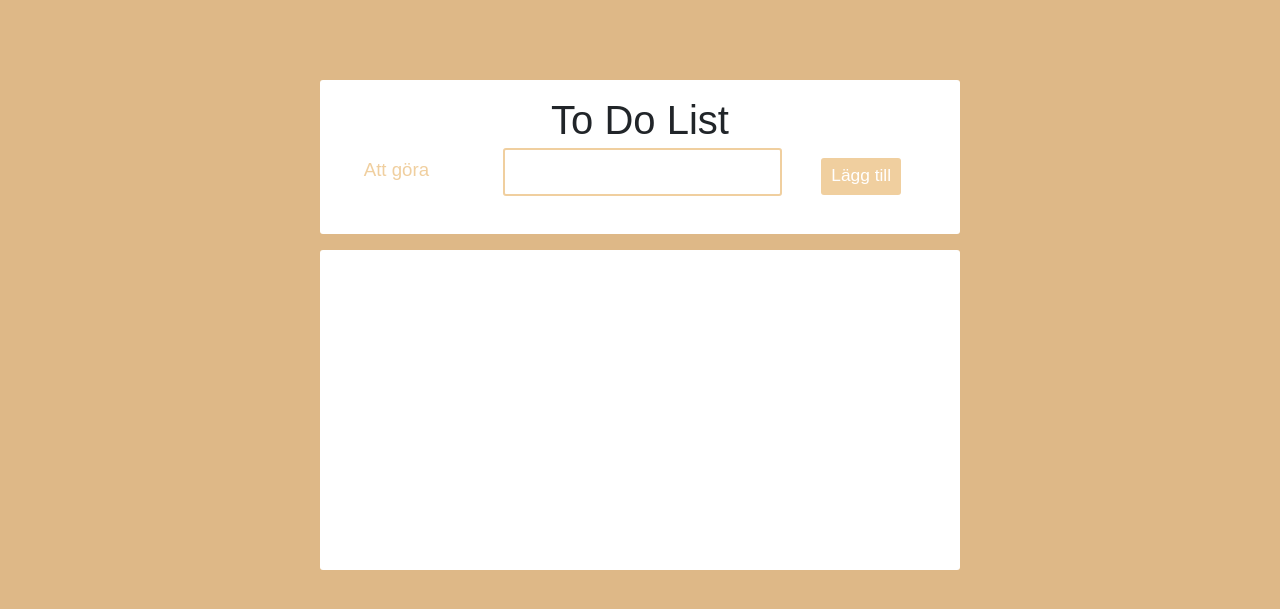
Repository: skepp4rn/todolist
Page: index.html
These files come from the project's save history. The page is drawn as it stood at one moment and after the next save; the edit follows.
The browser window is 1280 px wide. The pictures show the whole page.
The page's requests for data from a server got no answer. Some web libraries are served in a nearby version.

Above is the page before, as saved 2021-01-28 12:30:50.

### index.html
<!DOCTYPE html>
<html lang="sv">
<head>
    <meta charset="UTF-8">
    <meta name="viewport" content="width=device-width, initial-scale=1.0">

    <script src="https://kit.fontawesome.com/ef4c0722a8.js" crossorigin="anonymous"></script>
    <link rel="stylesheet" href="https://cdn.jsdelivr.net/npm/bootstrap@4.5.3/dist/css/bootstrap.min.css" integrity="sha384-TX8t27EcRE3e/ihU7zmQxVncDAy5uIKz4rEkgIXeMed4M0jlfIDPvg6uqKI2xXr2" crossorigin="anonymous">
    <link rel="stylesheet" href="css/style.css">

    <title>To Do List</title>
</head>
<body>
    <div class="container">
        <div id="header">
            <h1>To Do List</h1>
        </div>

        <form class="form" id="form">
            <div class="form-control">
                <label>Att göra</label>
                <input type="text" id="addToDo">
                <i class="fas fa-check-circle"></i>
                <i class="fas fa-exclamation-circle"></i>
                <small>Error message</small>
            </div>

            <button id="btn">Lägg till</button>
        </form>
    </div>

    <div class="container2">
        <div id="list"></div>
    </div>

    <script src="https://code.jquery.com/jquery-3.5.1.slim.min.js" integrity="sha384-DfXdz2htPH0lsSSs5nCTpuj/zy4C+OGpamoFVy38MVBnE+IbbVYUew+OrCXaRkfj" crossorigin="anonymous"></script>
    <script src="https://cdn.jsdelivr.net/npm/bootstrap@4.5.3/dist/js/bootstrap.bundle.min.js" integrity="sha384-ho+j7jyWK8fNQe+A12Hb8AhRq26LrZ/JpcUGGOn+Y7RsweNrtN/tE3MoK7ZeZDyx" crossorigin="anonymous"></script>
    <script src="https://cdnjs.cloudflare.com/ajax/libs/uuid/8.1.0/uuidv4.min.js"></script>
    <script src="script.js"></script>
</body>

### css/style.css
*{
    box-sizing: border-box;
    margin: 0;
    padding: 0;
}

body {
    background-color: burlywood;
    font-family: Arial, Helvetica, sans-serif;
    display: grid;
    justify-content: center;
}

.container {
    width: 50vw;
    display: grid;
    justify-content: center;
    background-color: #ffffff;
    border-radius: 3px;
    margin-top: 5rem;
    padding-bottom: 2   rem;
    height: 12vw;
}

.container2 {
    width: 100%;
    display: grid;
    justify-content: center;
    background-color: #ffffff;
    border-radius: 3px;
    margin-top: 1rem;
    padding-bottom: 5rem;
    height: 25vw;
    overflow-y: auto;
}

#header {
    margin-top: 1rem;
    text-align: center;
}

#btn {
    border: none;
    border-radius: 3px;
    padding: 0.2rem;
    background-color: #f0cf9f;
    color: #ffffff;
    font-size: 13pt;
    width: 5rem;
    height: 2.3rem;
    align-self: center;
    margin-bottom: 200px;

}

.todobox {
    padding-top: 2rem;
    padding-bottom: 1rem;
    width: 32vw;
    display: grid;
    grid-template-columns: 5fr 1fr;
}

.knappar {
    display: grid;
    gap: 1rem;
}

.todoinput {
    display: flex;
    align-items: center;
}

.fa-trash {
    padding: 0.5rem;
    border: none;
    border-radius: 3px;
    color: #ffffff;
    background-color: #f0cf9f;
    width: 5rem;
}

.fa-undo {
    padding: 0.5rem;
    border: none;
    border-radius: 3px;
    color: #ffffff;
    background-color: #f0cf9f;
    width: 5rem;
}

.done {
    border: none;
    border-radius: 3px;
    padding: 0.2rem;
    background-color: #f0cf9f;
    color: #ffffff;
    font-family: Arial, Helvetica, sans-serif;
    font-size: 14pt;
    width: 4rem;
    height: 2.2rem;
}

.form-control {
    border: none;
    position: relative;
    height: 2rem;
    width: 100%;
    display: grid;
    grid-template-columns: 1fr 2fr;
    align-content: center;
}

.form label {
    display: flex;
    align-items: center;
    font-size: 14pt;
}


.form {
    display: grid;
    grid-template-columns: 3.3fr 1fr;
    justify-items: center;
    height: 70px;
}

.form-control input {
    border: 2px solid #f0cf9f;
    border-radius:3px;
    display: block;
    width: 100%;
    margin-bottom: 0.2rem;
    padding: 1rem;
    font-family: Arial, Helvetica, sans-serif;
    font-size: 14pt;
    height: 3rem;
}

.form-control label {
    color: #f0cf9f;
}

.form-control.error input {
    border-color: #e74c3c;
}

.form-control i {
    visibility: hidden;
    position: absolute;
    top: 2.4rem;
    right: 1.5rem;
}


.form-control.error i.fa-exclamation-circle {
    visibility: visible;
    color: #e74c3c;
}

.form-control small {
    visibility: hidden;
    position: absolute;
    bottom: 0;
    left: 7vw;
}

.form-control.error small {
    visibility: visible;
    color: #e74c3c;
}

### script.js
let ToDo = [];
let addToDos = document.getElementById('addToDo');
let form = document.getElementById('form');
let check = false;
let btn = document.getElementById('subbtn');
let list = document.querySelector('#list');
const fetchTodos = () => {
    fetch('https://jsonplaceholder.typicode.com/todos?_start20=&_limit=10')
    .then(res => res.json())
    .then(data => {
      ToDo = data;
      listelement(ToDo);
    })
}
fetchTodos();

const listelement = (ToDo) => {
    list.innerHTML = '';
    ToDo.forEach(todo => {
        list.innerHTML += newTodo(todo);
    })
    console.log(ToDo);
}

const newTodo = todo => {

    let template = todo.completed ? `
    <div id="${todo.id}" class="todoinput completed">
        <div class="todobox">
          <h3 class="title">${todo.title}</h3>
            <div class="knappar">
                <button class="fas fa-undo"></button>
                <button class="fas fa-trash"></button>
            </div>
        </div>
    </div>
    `
    : `
    <div id="${todo.id}" class="todoinput">
        <div class="todobox">
            <h3 class="title">${todo.title}</h3>
            <button class="done">Done</button>
        </div>
    </div>
    `
    return template
  }


  const createTodo = (title) => {

    fetch('https://jsonplaceholder.typicode.com/todos',{
      method: 'POST',
      headers: {
        'Content-type': 'application/json; charset=UTF-8'
      },
      body: JSON.stringify({
        title,
        completed: false
      })
    })
    .then(res => res.json())
    .then(data => {
        let _todo = {
            title: data.title,
            completed: data.completed,
            id: uuidv4()
        }
      console.log(data)
      ToDo.unshift(_todo);
      listelement(ToDo);
    })
}

form.addEventListener('submit', (e) => {
    e.preventDefault();

    checkInputs();

    if(check == true) {
        removeinput(addToDos);

        createTodo(addToDos.value)
        listelement(ToDo);

        addToDos.value = '';
    }
});

function checkInputs() {
    let addToDosValue = addToDos.value.trim();

    if(addToDosValue === ``) {
    setErrorFor(addToDos, `Du måste skriva något!`);

    } else {
        setSuccessFor(addToDos);
    }
}

function setErrorFor(input, message) {
    let formControl = input.parentElement;
    let small = formControl.querySelector('small');
    small.innerText = message;
    formControl.className = 'form-control error';
    check = false;
}

function setSuccessFor(input) {
    let formControl = input.parentElement;
    formControl.className = 'form-control success';
    check = true;
}

function removeinput(input) {
    let formControl = input.parentElement;
    formControl.className = 'form-control';
}

list.addEventListener('click', (e) => {
    if(e.target.classList.contains('done')) {
        complete(e.target.parentNode.parentNode.id)
    }
    else if(e.target.classList.contains('fa-undo')) {
        complete(e.target.parentNode.parentNode.parentNode.id)
    }
})

function complete(id) {
    ToDo.map(todo => {
        if(todo.id == id){
            todo.completed = !todo.completed
        }
        return todo
    })
    listelement(ToDo)
}

list.addEventListener('click', (e) => {

    if(e.target.classList.contains('fa-trash')) {
        ToDo = ToDo.filter(removetodo => removetodo.id != e.target.parentNode.parentNode.parentNode.id)
        listelement(ToDo)
    }
});

After the next save:
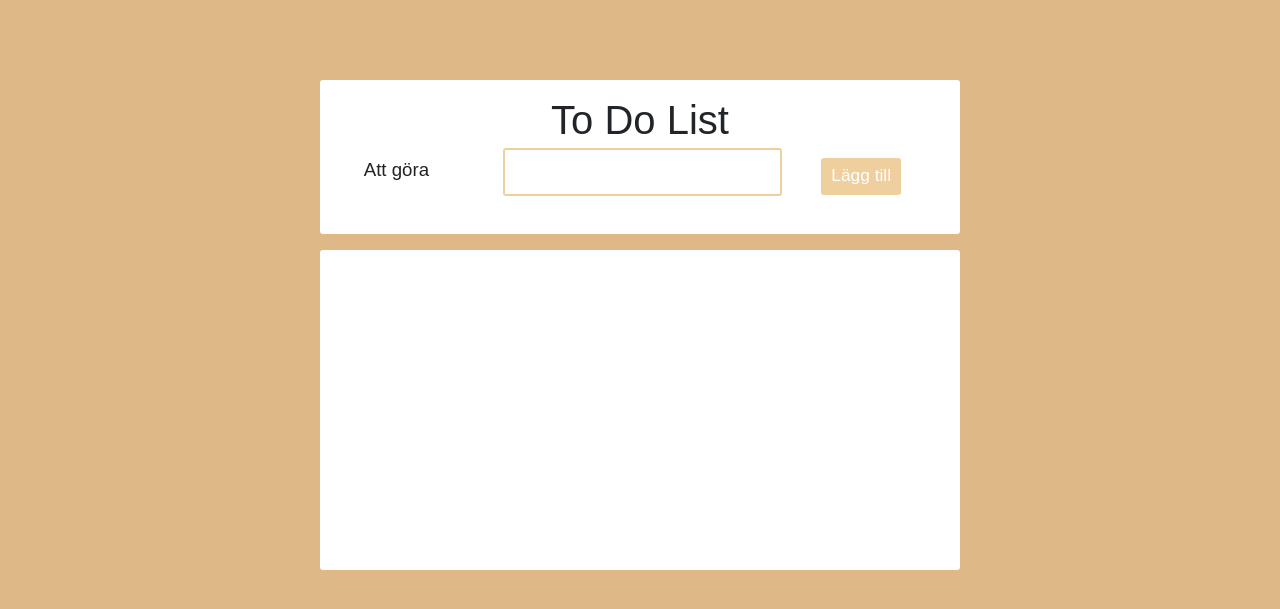
Saved 14 s later.
--- a/css/style.css
+++ b/css/style.css
@@ -138,7 +138,7 @@ body {
 }
 
 .form-control label {
-    color: #f0cf9f;
+    color: rgb(34, 34, 34);
 }
 
 .form-control.error input {
